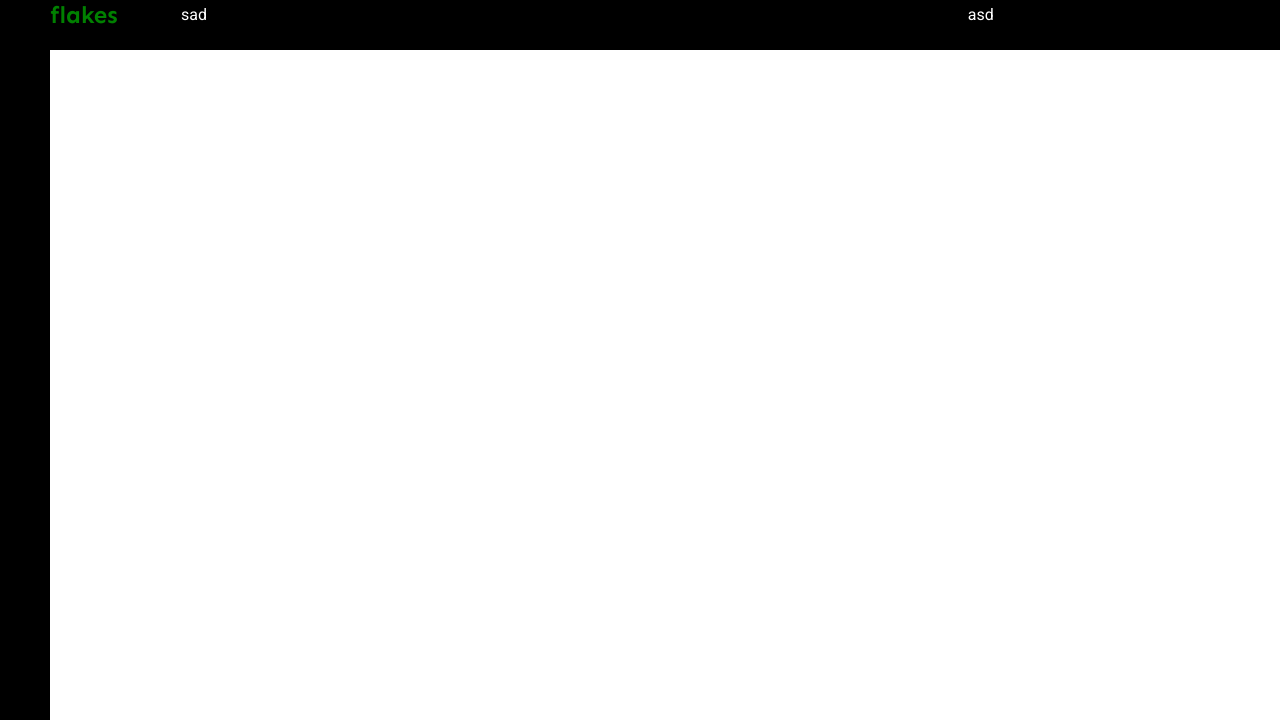
Repository: JulyK9/Movie-Website
Page: index.html
These files come from the project's save history. The page is drawn as it stood at one moment and after the next save; the edit follows.
The browser window is 1280 px wide. The pictures show the whole page.

Above is the page before, as saved 2022-07-03 00:39:20.

After the next save:
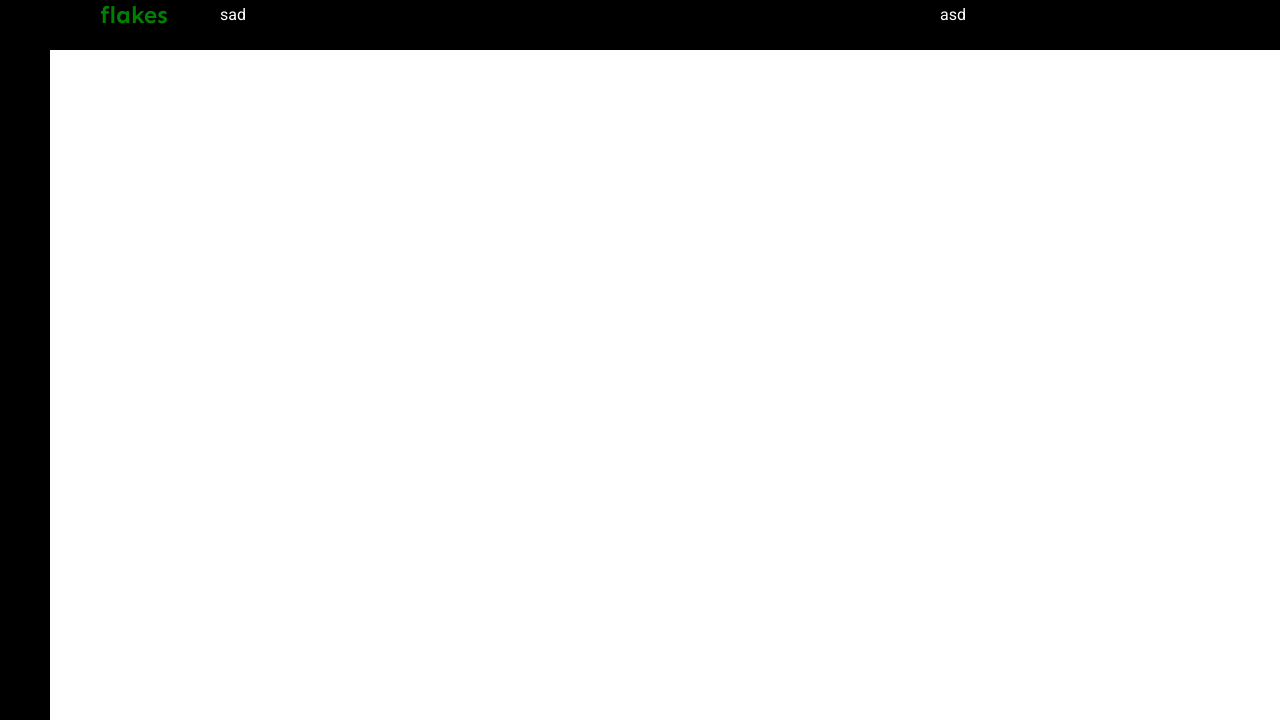
Saved 34 s later.
--- a/style.css
+++ b/style.css
@@ -17,7 +17,7 @@
 .navbar-container {
     display: flex;
     align-items: center;
-    padding: 0 50px;
+    padding: 0 100px;
     color: white;
 }
 

After the save that followed:
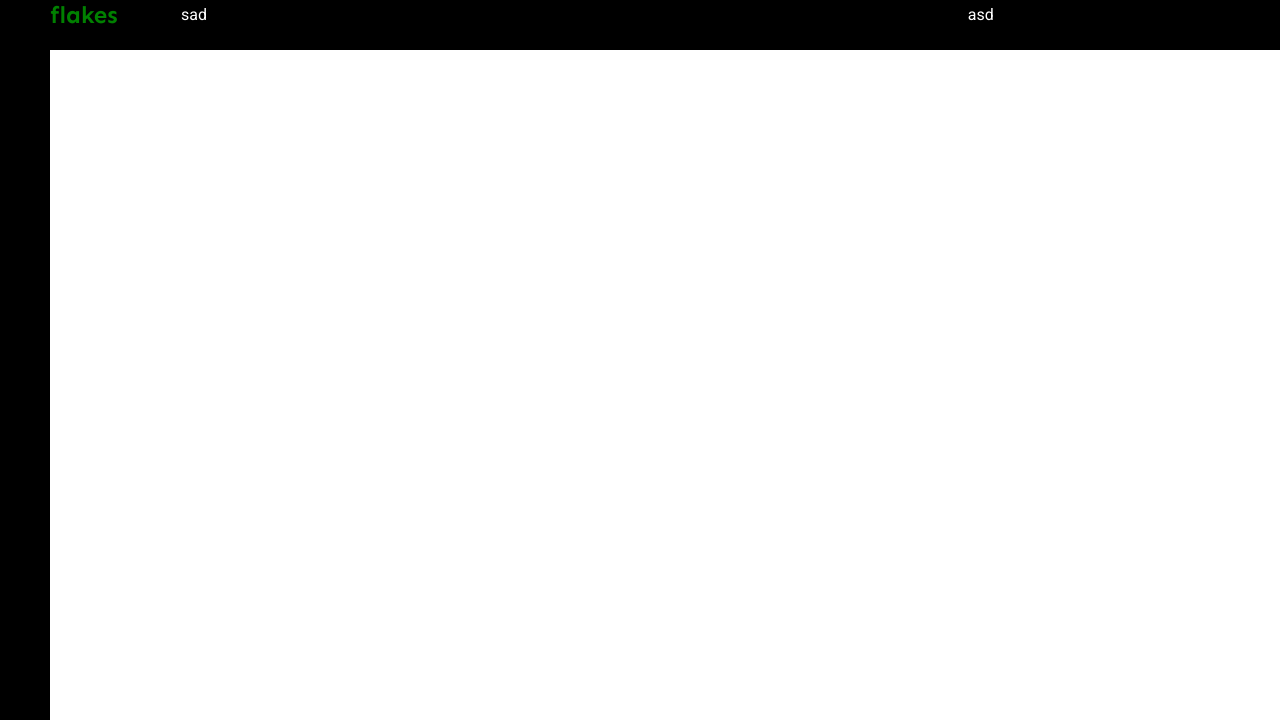
Saved 6 s later.
--- a/style.css
+++ b/style.css
@@ -17,7 +17,7 @@
 .navbar-container {
     display: flex;
     align-items: center;
-    padding: 0 100px;
+    padding: 0 50px;
     color: white;
 }
 
